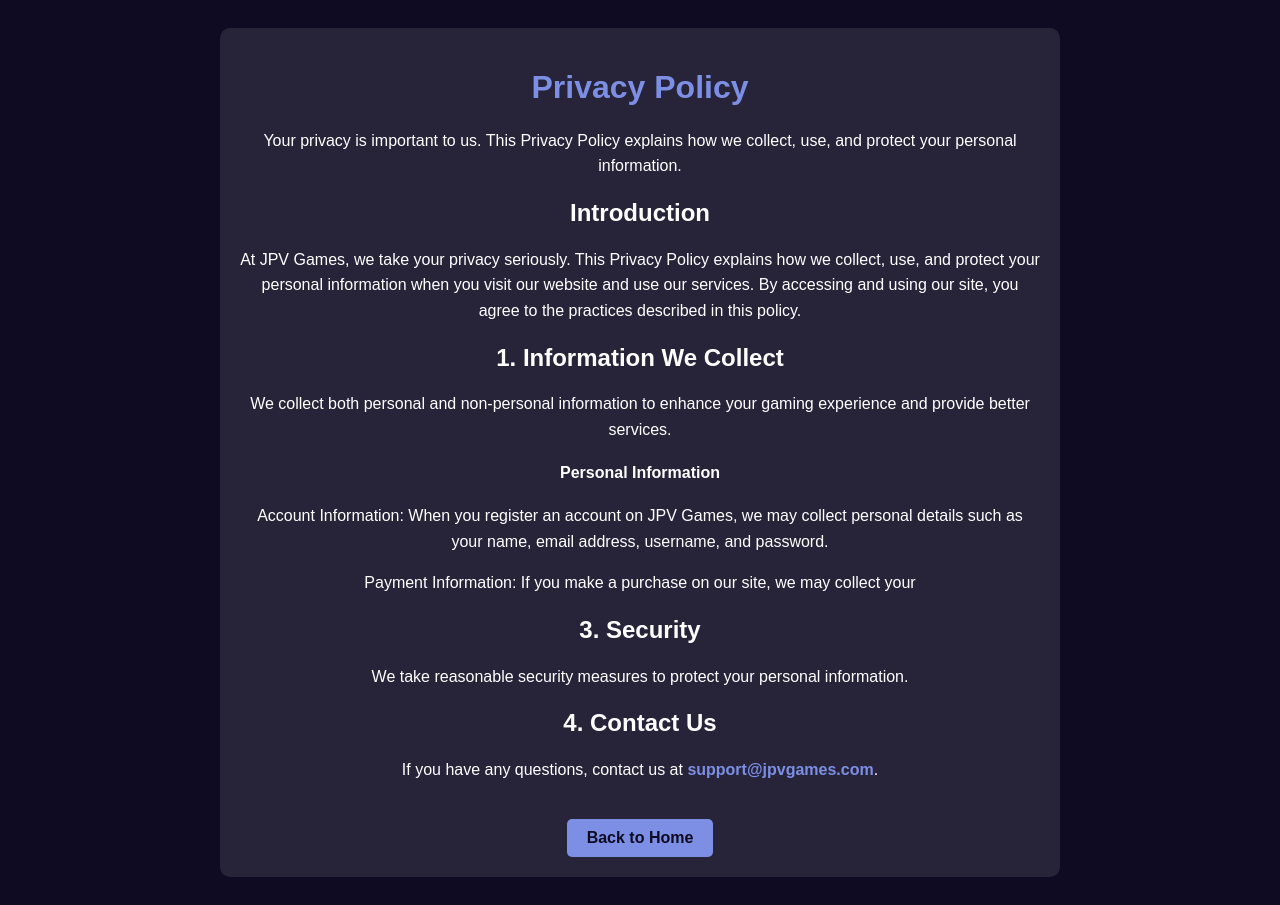
Repository: meenadabhii/jpygames.com
Page: http://localhost/privacy-policy.html
These files come from the project's save history. The page is drawn as it stood at one moment and after the next save; the edit follows.
The browser window is 1280 px wide. The pictures show the whole page.
The page is served by the project's Node server (app.js).

Above is the page before, as saved 2025-02-08 10:42:05.

After the next save:
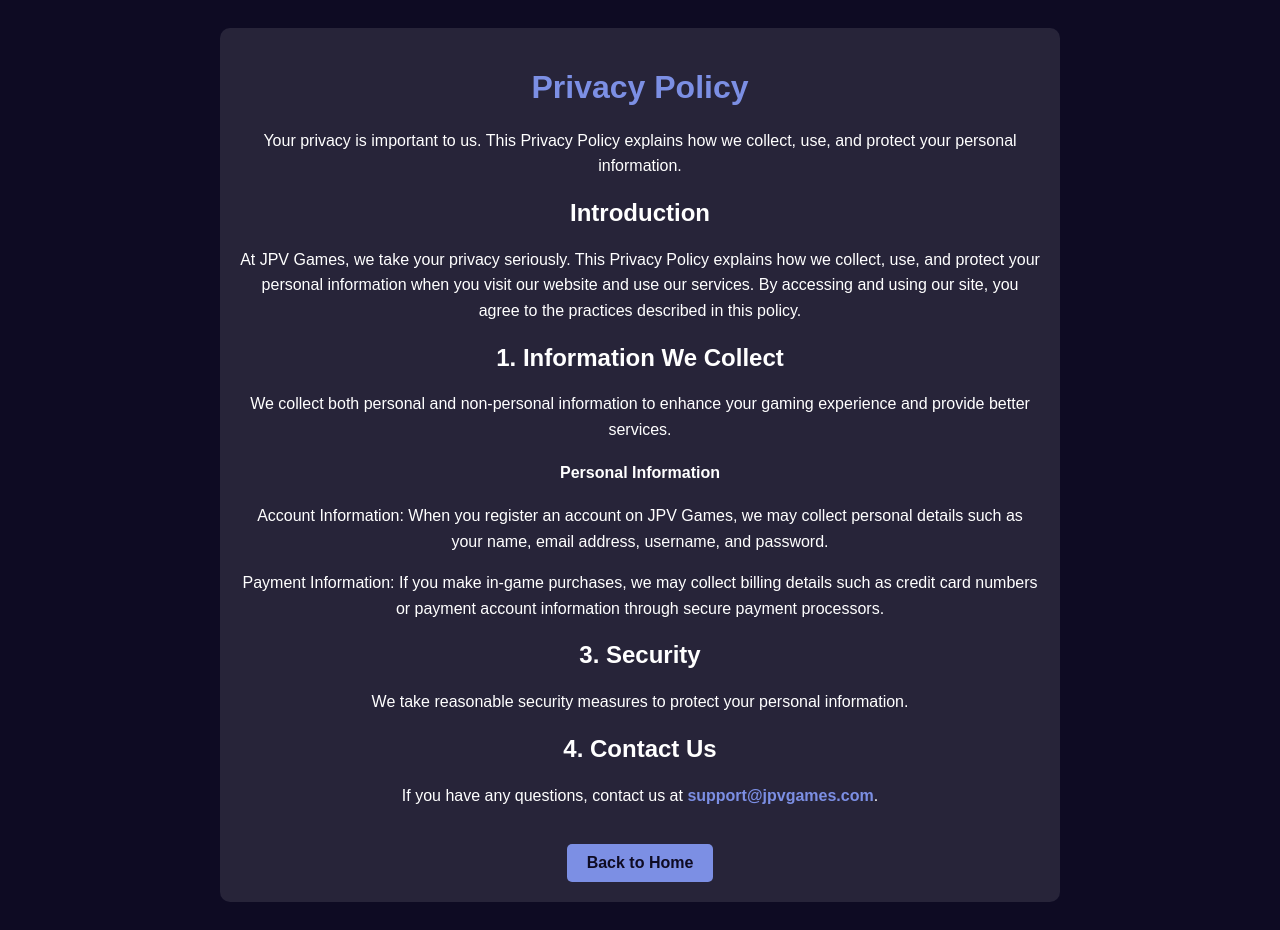
Saved 8 s later.
--- a/nodejs/views/privacy-policy.html
+++ b/nodejs/views/privacy-policy.html
@@ -70,7 +70,7 @@
         </p>
         <h4>Personal Information</h4>
         <p>Account Information: When you register an account on JPV Games, we may collect personal details such as your name, email address, username, and password.</p>
-        <p>Payment Information: If you make a purchase on our site, we may collect your</p>
+        <p>Payment Information: If you make in-game purchases, we may collect billing details such as credit card numbers or payment account information through secure payment processors.</p>
 
         <h2>3. Security</h2>
         <p>We take reasonable security measures to protect your personal information.</p>
